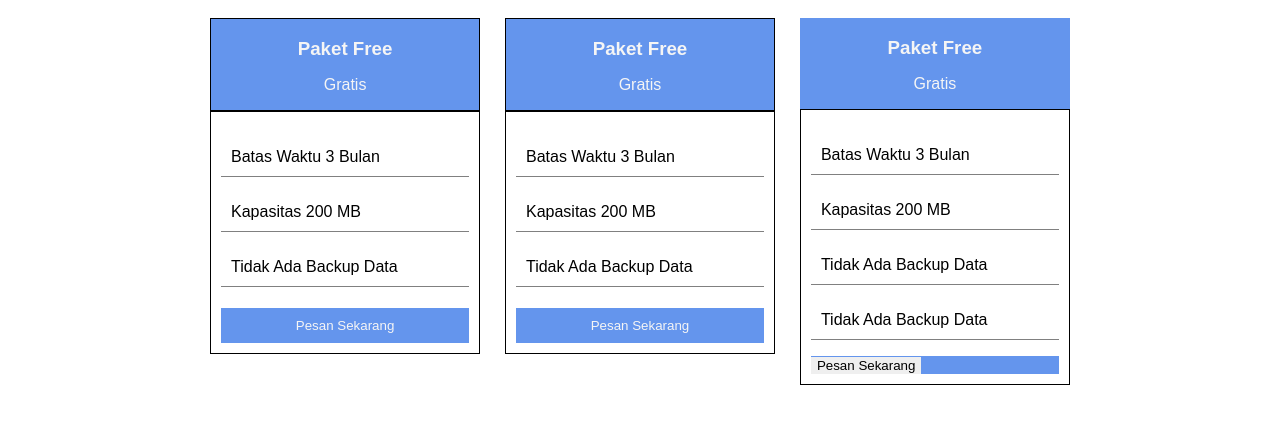
Repository: AHSANS354/tugas-sib5
Page: tugas css/index.html
These files come from the project's save history. The page is drawn as it stood at one moment and after the next save; the edit follows.
The browser window is 1280 px wide. The pictures show the whole page.

Above is the page before, as saved 2023-08-29 16:34:07.

### tugas css/index.html
<!DOCTYPE html>
<html lang="en">
  <head>
    <meta charset="UTF-8" />
    <meta name="viewport" content="width=device-width, initial-scale=1.0" />
    <title>Tugas css eksternal</title>
    <link rel="stylesheet" href="style.css" />
  </head>
  <body>
    <div class="container">
      <div class="row">
        <div class="col">
          <div class="card">
            <div class="header">
              <div>
                <h3>paket free</h3>
              </div>
              <div>
                <p>Gratis</p>
              </div>
            </div>
            <div class="content">
              <div>
                <p>batas waktu 3 bulan</p>
              </div>
              <div>
                <p>kapasitas 200 MB</p>
              </div>
              <div>
                <p>tidak ada backup data</p>
              </div>
              <div class="btn">
                <button type="button" class="tombol">pesan sekarang</button>
              </div>
            </div>
          </div>
          <div class="card">
            <div class="header2">
              <div>
                <h3>paket free</h3>
              </div>
              <div>
                <p>Gratis</p>
              </div>
            </div>
            <div class="content">
              <div>
                <p>batas waktu 3 bulan</p>
              </div>
              <div>
                <p>kapasitas 200 MB</p>
              </div>
              <div>
                <p>tidak ada backup data</p>
              </div>
              <div class="btn">
                <button type="button" class="tombol2">pesan sekarang</button>
              </div>
            </div>
          </div>
          <div class="card">
            <div class="header3">
              <div>
                <h3>paket free</h3>
              </div>
              <div>
                <p>Gratis</p>
              </div>
            </div>
            <div class="content">
              <div>
                <p>batas waktu 3 bulan</p>
              </div>
              <div>
                <p>kapasitas 200 MB</p>
              </div>
              <div>
                <p>tidak ada backup data</p>
              </div>
              <div>
                <p>tidak ada backup data</p>
              </div>
              <div class="btn3">
                <button type="button" class="tombol3">pesan sekarang</button>
              </div>
            </div>
          </div>
        </div>
      </div>
    </div>
  </body>
</html>

### tugas css/style.css
* {
  font-family: sans-serif;
  text-transform: capitalize;
}
/* div awal */
.container {
  display: flex;
  justify-content: center;
}

.row {
  width: 70%;
}

.col {
  display: flex;
  justify-content: space-around;
}

.card {
  padding: 10px;
  width: 270px;
}

.content {
  border: 1px solid black;
  padding: 10px;
}

.content p {
  border-bottom: 1px solid gray;
  padding: 10px;
}

/* css tampilan card 1*/

.header {
  border: 1px solid black;
  background-color: cornflowerblue;
  color: whitesmoke;
  display: flex;
  justify-content: center;
  align-items: center;
  flex-direction: column;
}

.btn {
  display: flex;
  justify-content: center;
}

.tombol {
  width: 100%;
  margin-top: 5px;
  padding: 10px 70px;
  background-color: cornflowerblue;
  border: none;
  color: whitesmoke;
}

h3 {
  margin-bottom: 0;
}

/* css tampilan card 2 */
.header2 {
  border: 1px solid black;
  background-color: cornflowerblue;
  color: whitesmoke;
  display: flex;
  justify-content: center;
  align-items: center;
  flex-direction: column;
}

.tombol2 {
  width: 100%;
  margin-top: 5px;
  padding: 10px 70px;
  background-color: cornflowerblue;
  border: none;
  color: whitesmoke;
}

h3 {
  margin-bottom: 0;
}

/* css tampilan card 3 */

.header3 {
  background-color: cornflowerblue;
  color: whitesmoke;
  display: flex;
  justify-content: center;
  align-items: center;
  flex-direction: column;
}

.tombol3 {
  border: none;
}

.btn3 {
  width: 100%;
  background-color: cornflowerblue;
  color: whitesmoke;
}

After the next save:
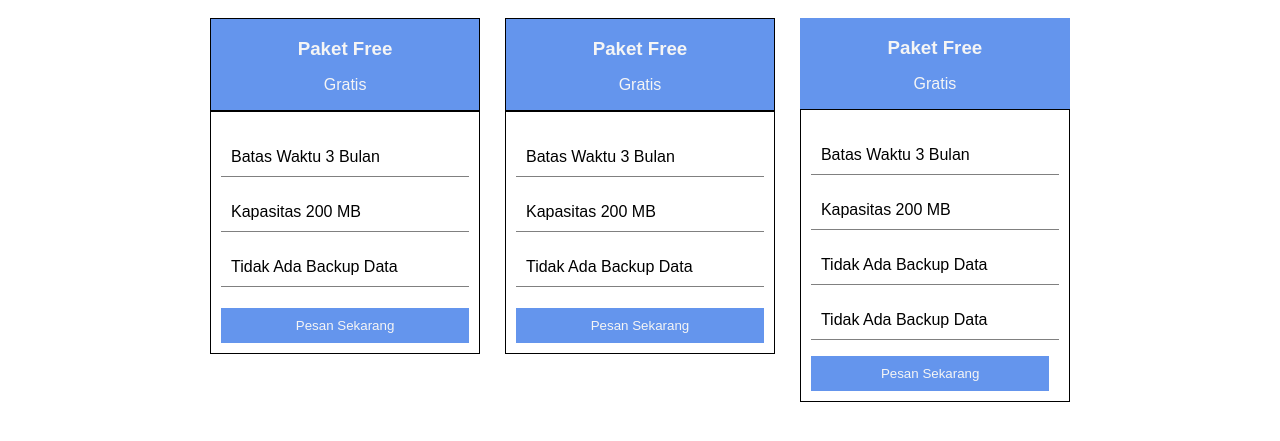
Saved 31 s later.
--- a/tugas css/style.css
+++ b/tugas css/style.css
@@ -98,11 +98,8 @@ h3 {
 }
 
 .tombol3 {
+  padding: 10px 70px;
+  background-color: cornflowerblue;
   border: none;
-}
-
-.btn3 {
-  width: 100%;
-  background-color: cornflowerblue;
   color: whitesmoke;
 }
